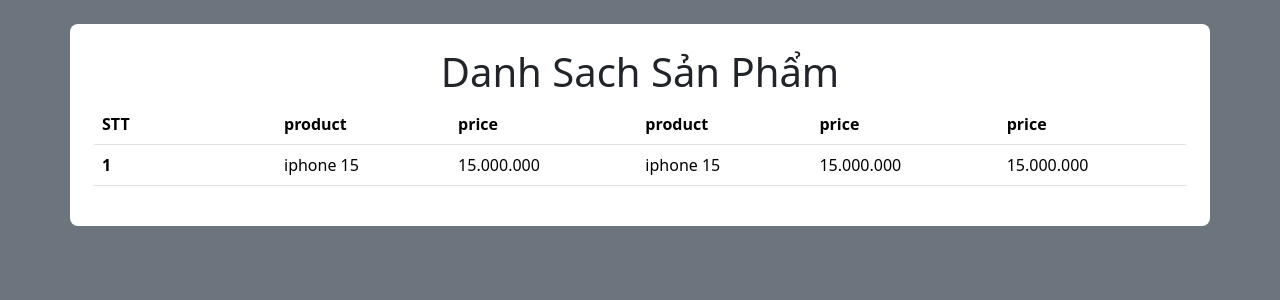
Repository: HT-35/iuh
Page: thi GK/listProduct.html
The author's editor kept a copy of each file at every save. The page is drawn from the files as they stood at one save, then again after the next save.
The browser window is 1280 px wide. The pictures show the whole page.
The page's requests for data from a server got no answer.

Above is the page before, as saved 2024-03-27 18:25:26.

After the next save:
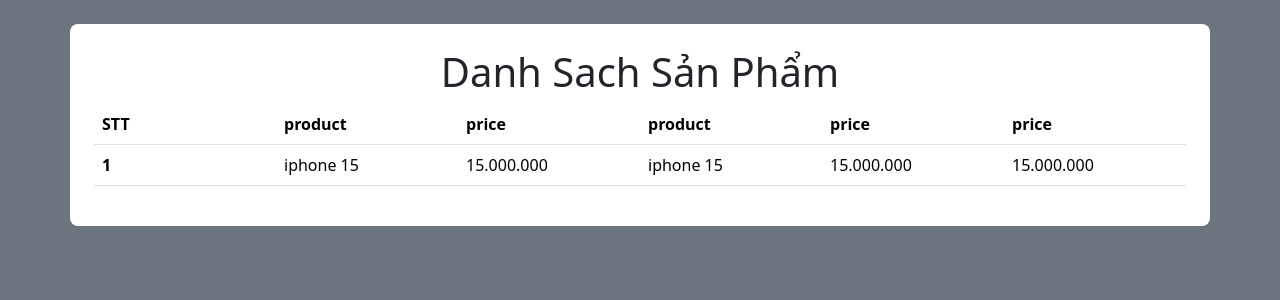
Saved 11 s later.
--- a/thi GK/listProduct.html
+++ b/thi GK/listProduct.html
@@ -28,11 +28,11 @@
             <thead>
               <tr>
                 <th class="col-2  col-sm-2 col-md-2 col-lg-2">STT</th>
-                <th scope="col-2  col-sm-2 col-md-2 col-lg-2">product</th>
-                <th scope="col-2  col-sm-2 col-md-2 col-lg-2">price</th>
-                <th scope="col-2  col-sm-2 col-md-2 col-lg-2">product</th>
-                <th scope="col-2  col-sm-2 col-md-2 col-lg-2">price</th>
-                <th scope="col-2  col-sm-2 col-md-2 col-lg-2">price</th>
+                <th class="col-2  col-sm-2 col-md-2 col-lg-2">product</th>
+                <th class="col-2  col-sm-2 col-md-2 col-lg-2">price</th>
+                <th class="col-2  col-sm-2 col-md-2 col-lg-2">product</th>
+                <th class="col-2  col-sm-2 col-md-2 col-lg-2">price</th>
+                <th class="col-2  col-sm-2 col-md-2 col-lg-2">price</th>
 
               </tr>
             </thead>
